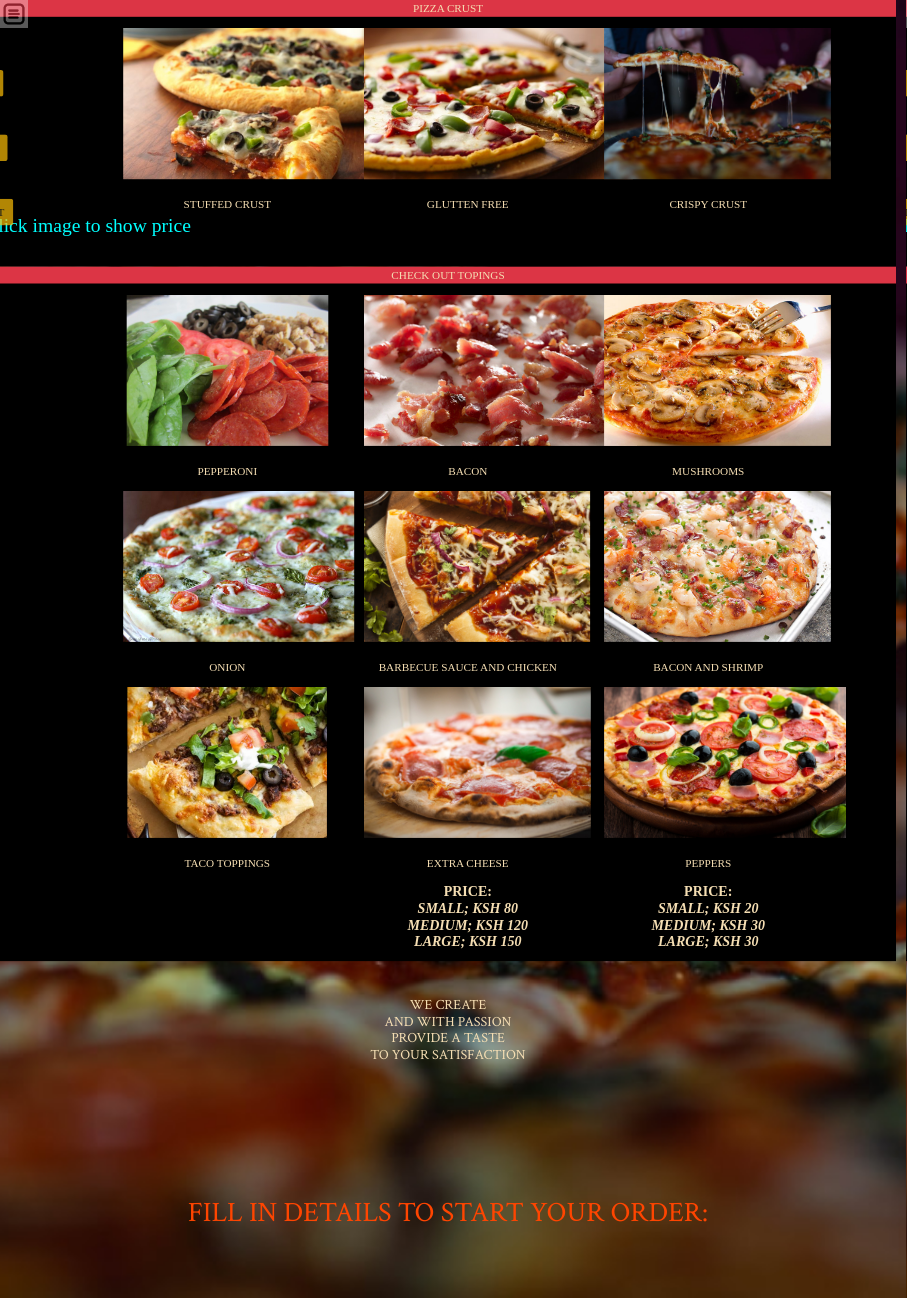
Repository: alexmwaura/MOREO--PIZZA-IP4
Page: mine.html
The author's editor kept a copy of each file at every save. The page is drawn from the files as they stood at one save, then again after the next save.
The browser window is 1280 px wide. The page is 1295 px wide, so the pictures cover 1295 px, including what lies to the right of the window. The pictures show the whole page, at 70% of full size.
Some web fonts or font styles are not loaded; a fallback is used.

Above is the page before, as saved 2019-09-01 14:48:59.

After the next save:
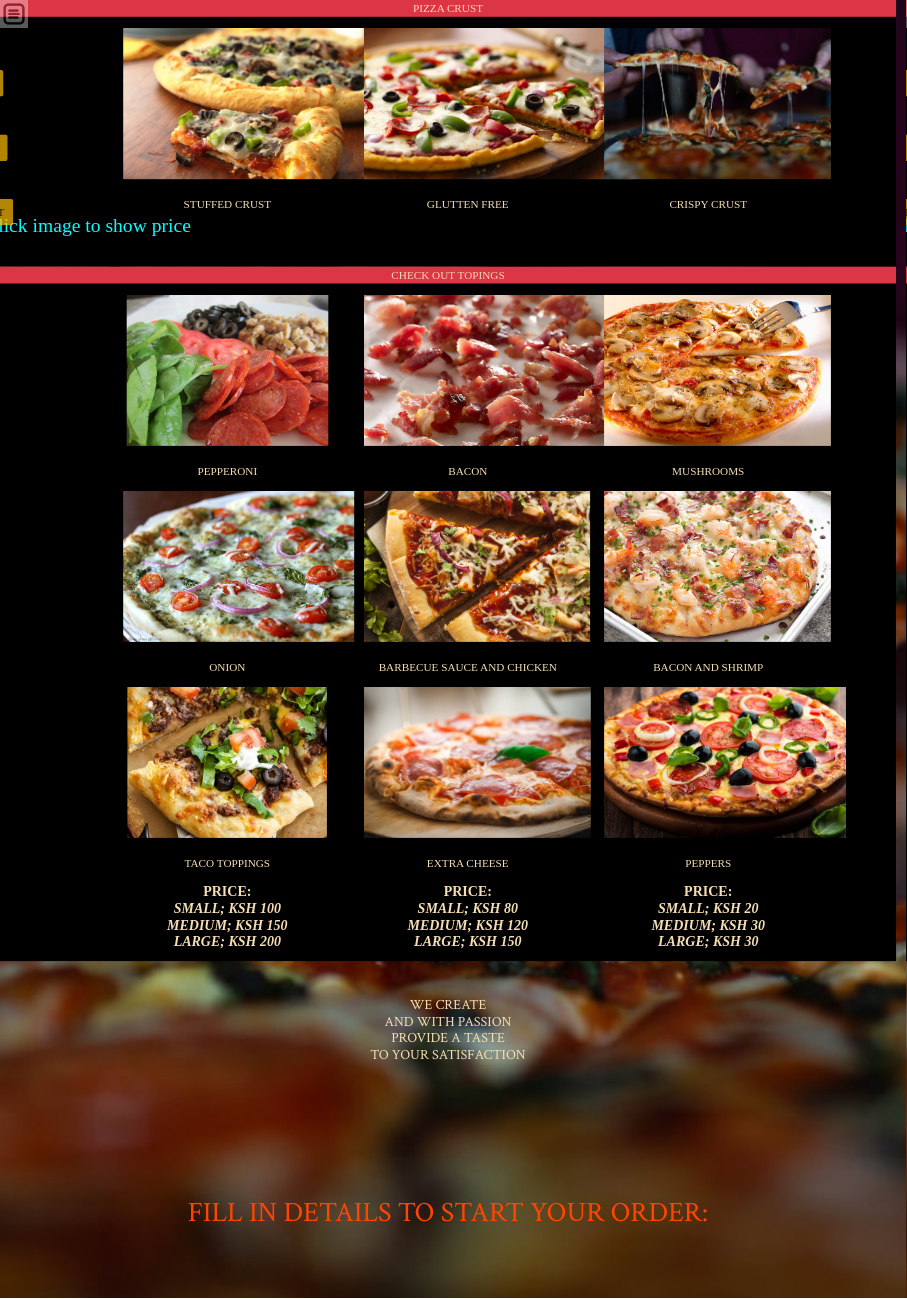
Saved 7 s later.
--- a/mine.html
+++ b/mine.html
@@ -334,7 +334,7 @@
                                 <div class="line">
                                     <p class="trial4">TACO TOPPINGS</p>
                                     <p class="p1">
-                                        <h5 class="p1"><strong> PRICE: <br>
+                                        <h5 class="p10"><strong> PRICE: <br>
                                             <em>SMALL; KSH 100</em><br>
                                             <em>MEDIUM; KSH 150</em><br>
                                             <em>LARGE; KSH 200</em>
